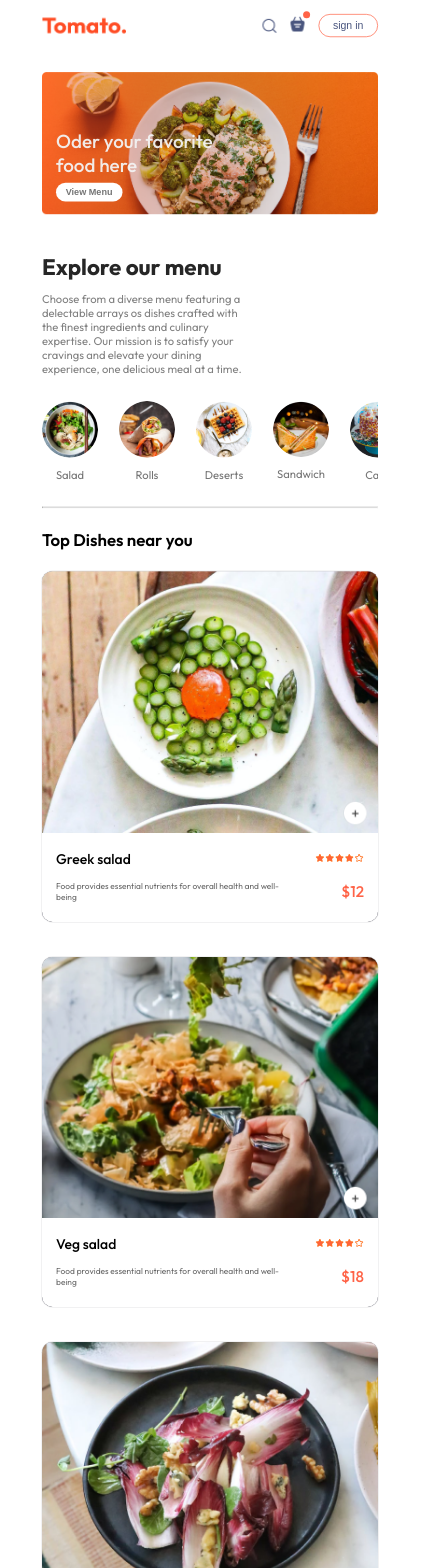
Repository: guilhermecardoso93/tomato-front-end
Page: /
These files come from the project's save history. The page is drawn as it stood at one moment and after the next save; the edit follows.
The browser window is 600 px wide. The page is 615 px wide, so the pictures cover 615 px, including what lies to the right of the window. The pictures show the part of the page from y = 0 to 2240 px (the page is 19209 px tall), at 70% of full size.
The project was rebuilt for these pictures with package versions that can differ from the ones it lists, and the page was loaded fresh each time. Also part of the build but not shown: vite.config.js, src/pages/Cart/styles.css, src/pages/Cart/index.jsx, src/pages/PlaceOrder/styles.css, src/pages/PlaceOrder/index.jsx.

Above is the page before, as saved 2024-10-31 19:28:25.

After the next save:
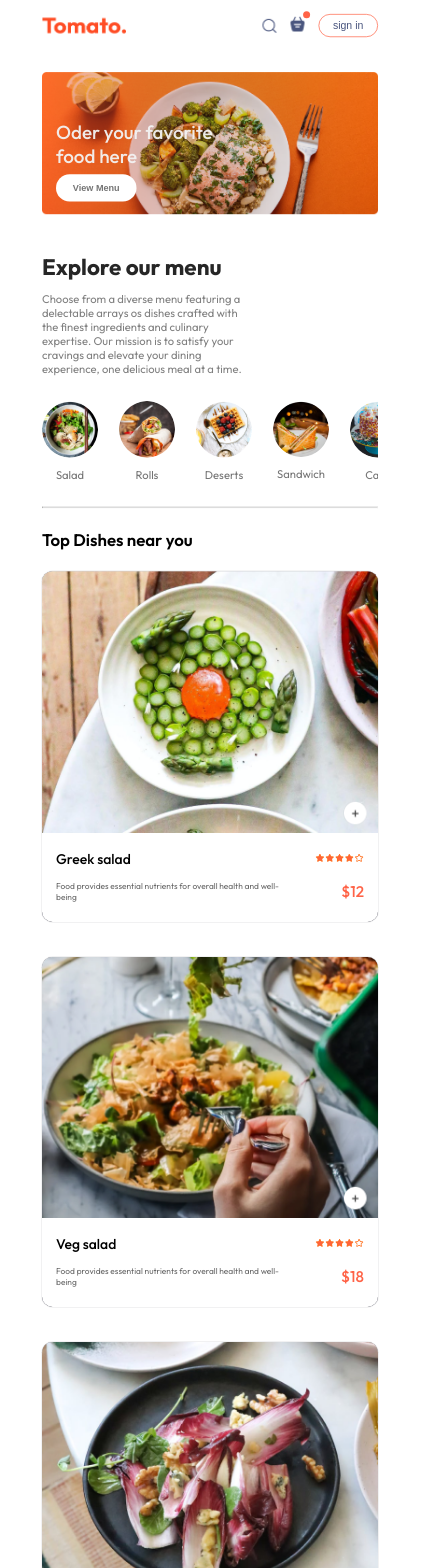
Saved 27 s later.
--- a/src/components/Header/styles.css
+++ b/src/components/Header/styles.css
@@ -58,4 +58,7 @@
   .header-container p {
     display: none;
   }
+  .header-container button {
+    padding: 2vw 4vw
+  }
 }
